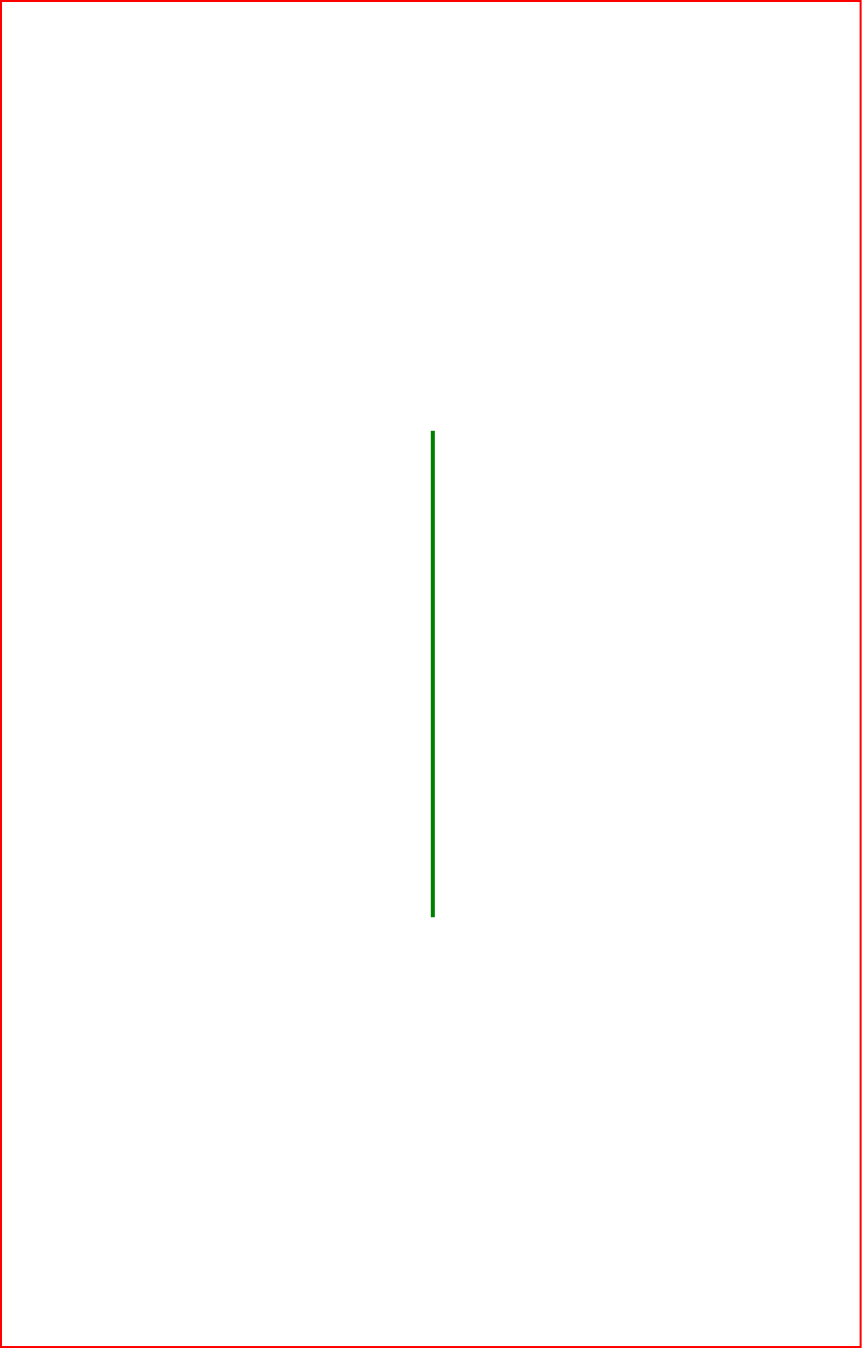
Repository: Achorn/achorn.github.io
Page: /
The author's editor kept a copy of each file at every save. The page is drawn from the files as they stood at one save, then again after the next save.
The browser window is 1280 px wide. The page is 1286 px wide, then 1280 px, so the pictures cover 1286 px, including what lies to the right of the window. The pictures show the whole page, at 67% of full size.
The project was rebuilt for these pictures with package versions that can differ from the ones it lists, and the page was loaded fresh each time.

Above is the page before, as saved 2023-05-08 10:30:15.

After the next save:
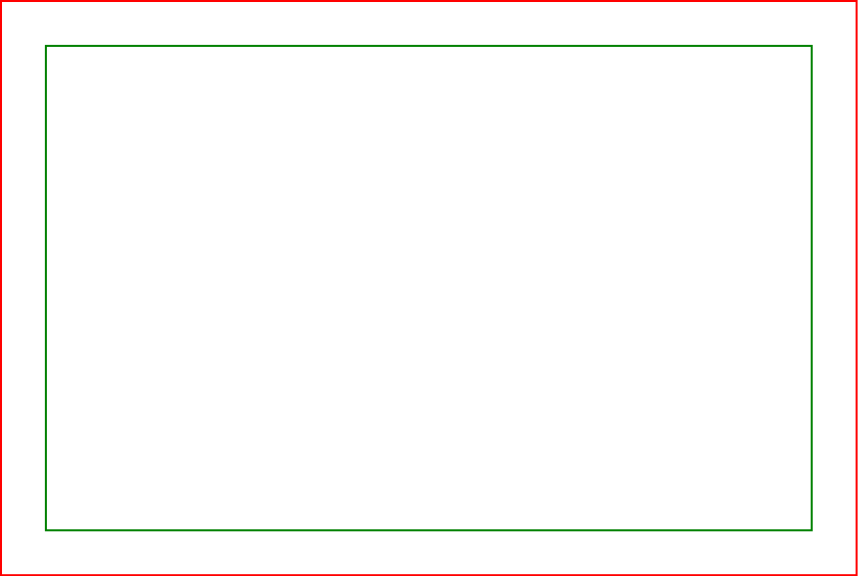
Saved 10 s later.
--- a/src/App.css
+++ b/src/App.css
@@ -2,7 +2,7 @@
   text-align: center;
   border-style: solid;
   border-color: red;
-  padding: 50vw;
+  padding: 5vw;
 }
 
 .App-logo {
